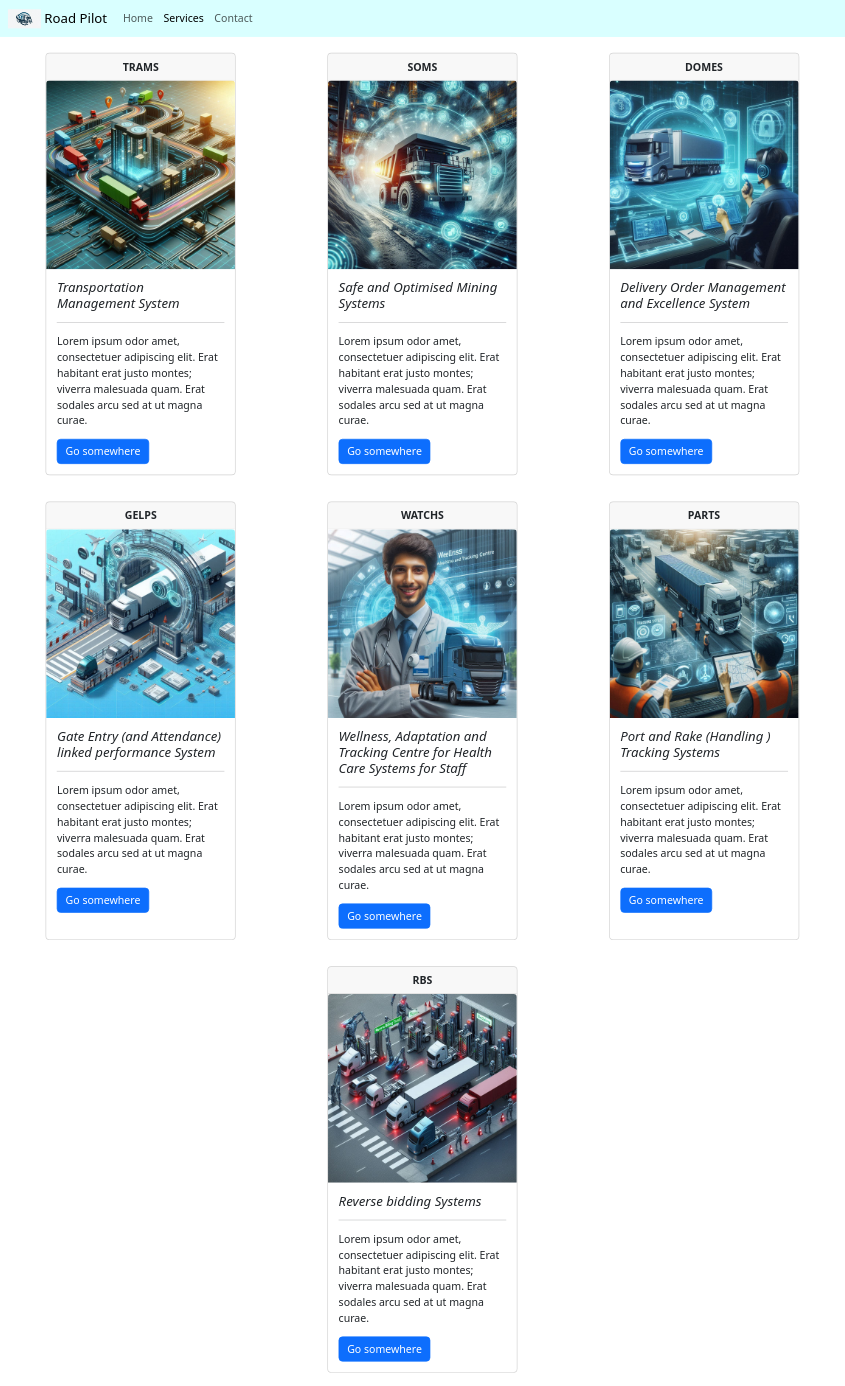
Repository: VictoriousMango/WebCreator
Page: pages/Services.html
The author's editor kept a copy of each file at every save. The page is drawn from the files as they stood at one save, then again after the next save.
The browser window is 1280 px wide. The pictures show the whole page, at 66% of full size.

Above is the page before, as saved 2024-11-09 12:16:09.

After the next save:
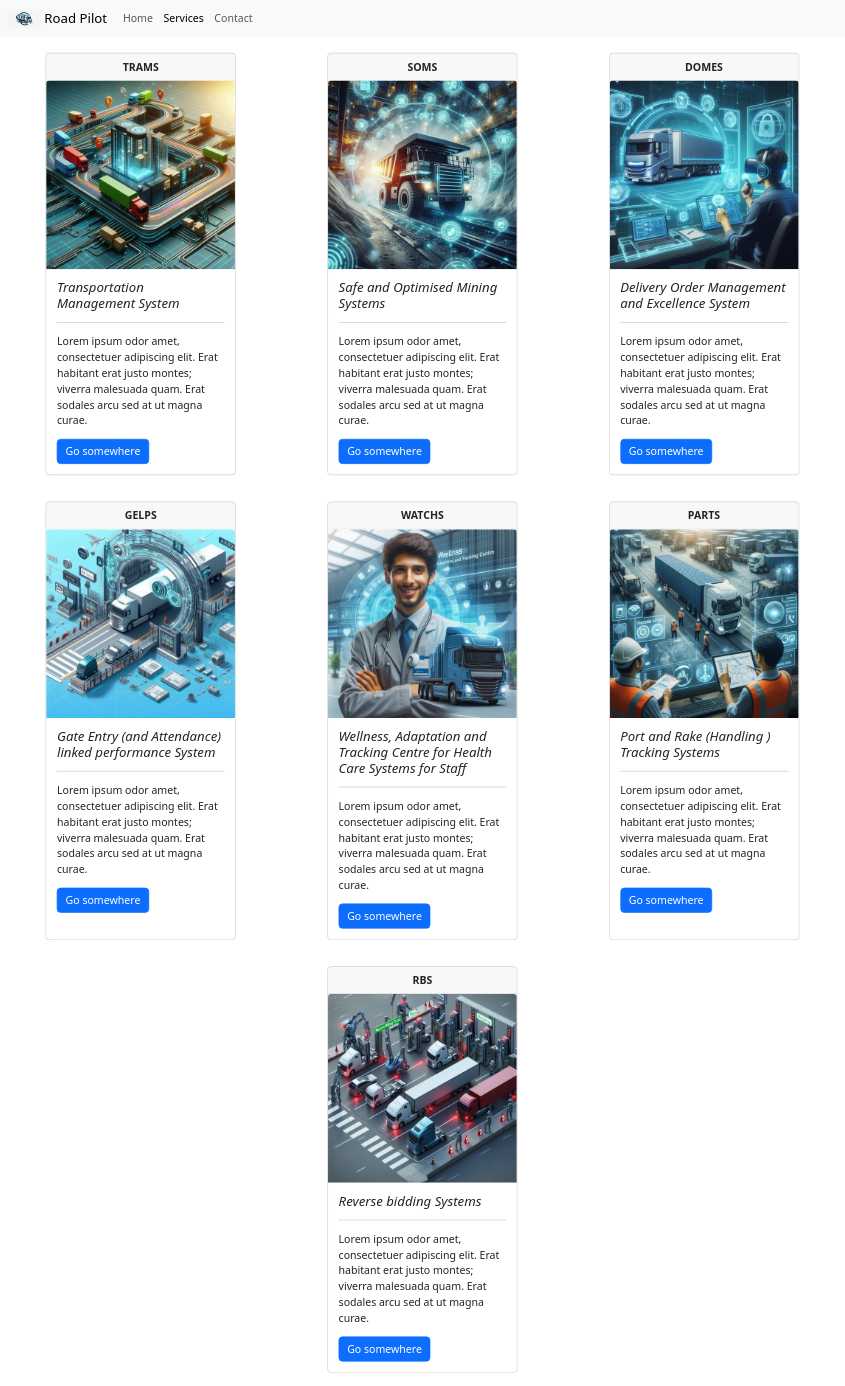
Saved 22 s later.
--- a/pages/Services.html
+++ b/pages/Services.html
@@ -12,7 +12,7 @@
 
 <body>
     <!-- Navbar -->
-    <nav class="navbar navbar-expand-lg">
+    <nav class="navbar navbar-expand-lg bg-body-tertiary">
         <div class="container-fluid">
             <a class="navbar-brand" href="#">
                 <img src="../assets/images/Logo.png" alt="Logo" width="50px" class="d-inline-block align-text-top">
